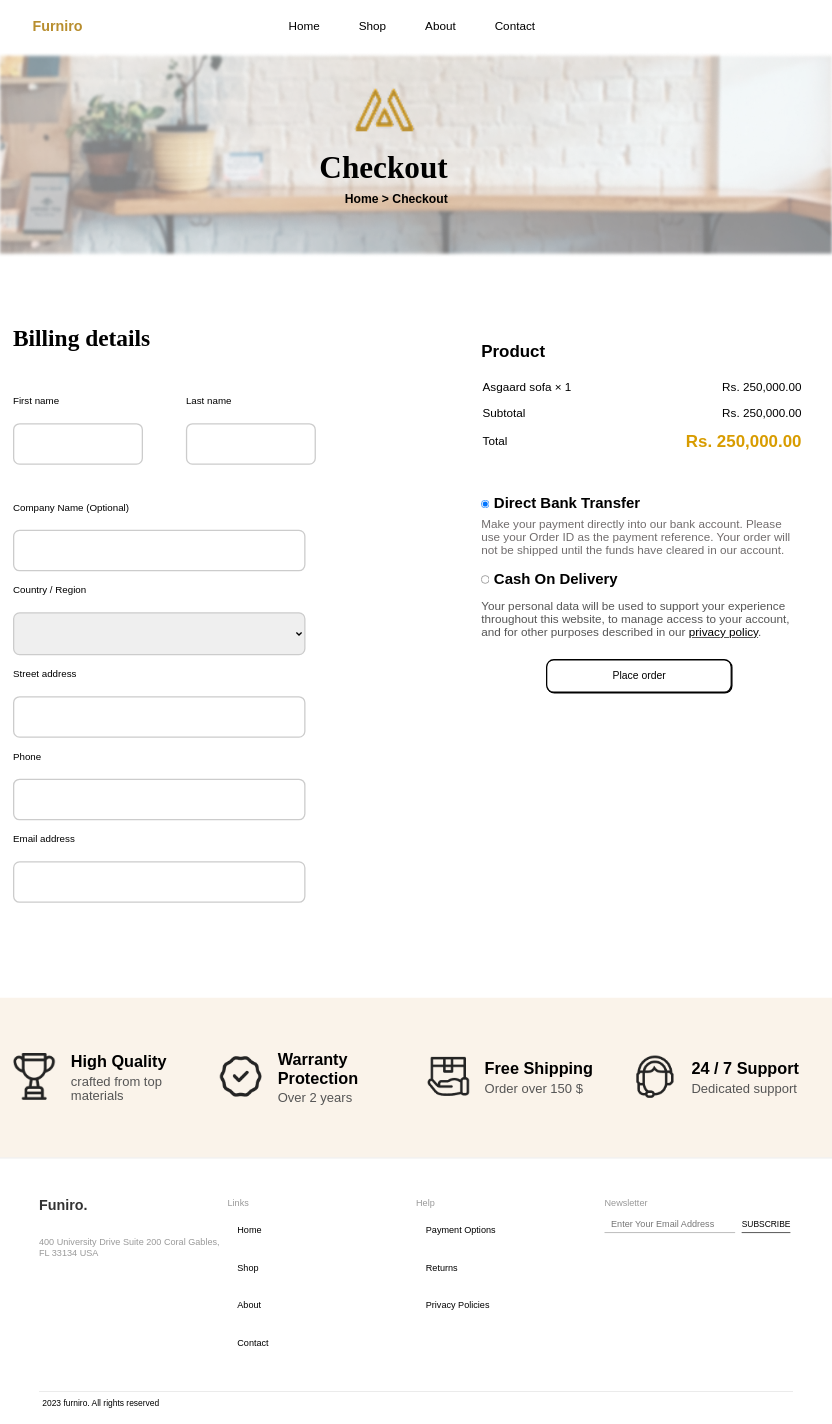
Repository: Ali1Kh/Furniro-ITI
Page: pages/checkout.html
These files come from the project's save history. The page is drawn as it stood at one moment and after the next save; the edit follows.
The browser window is 1280 px wide. The pictures show the whole page, at 65% of full size.

Above is the page before, as saved 2025-07-19 22:07:21.

After the next save:
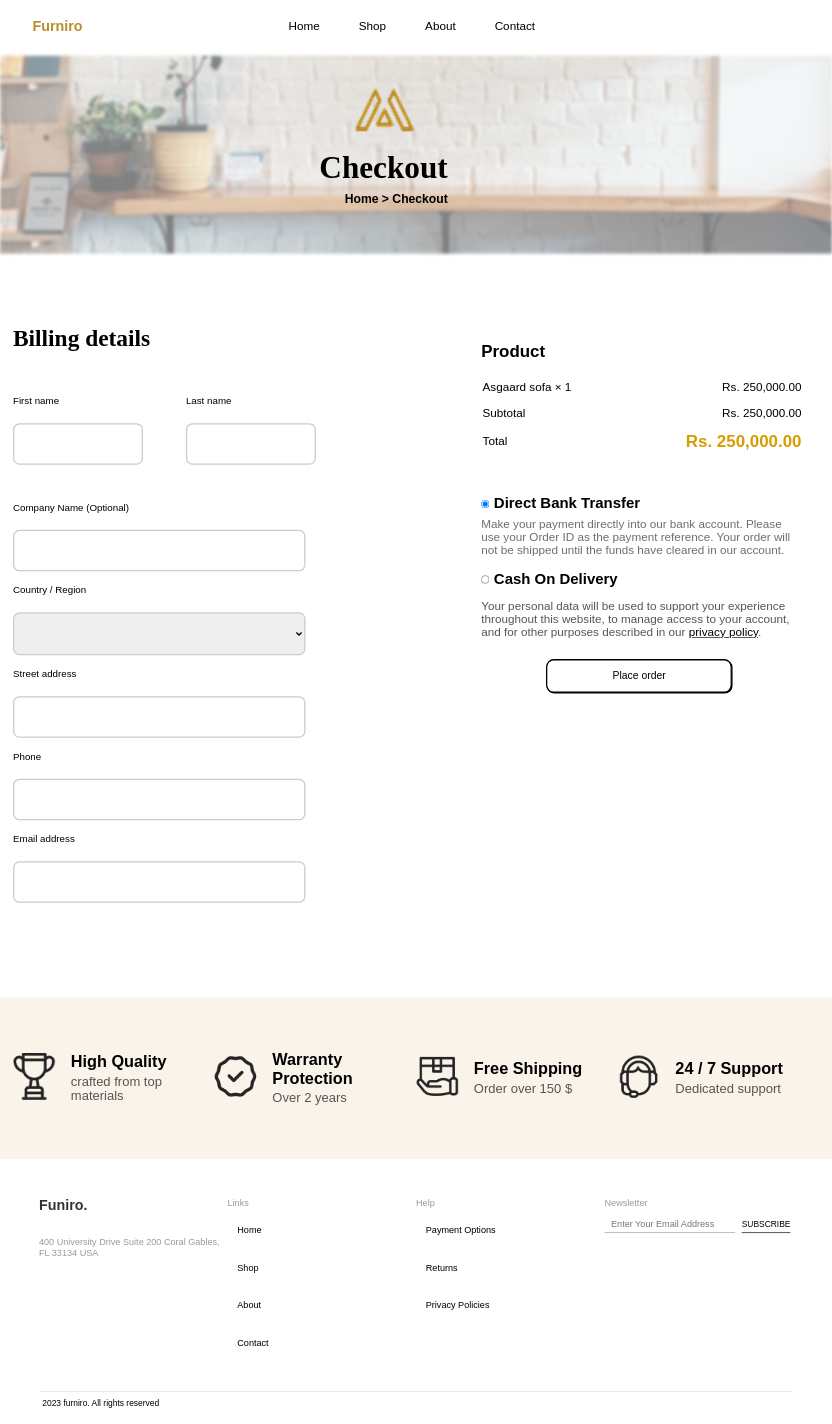
Saved 24 s later.
--- a/styles/checkout.css
+++ b/styles/checkout.css
@@ -216,7 +216,7 @@ form select {
 .quality-box {
   display: flex;
   gap: 1.5rem;
-  width: 23%;
+  width: 25%;
   padding-top: 40px;
   padding-bottom: 40px;
   box-sizing: border-box;
